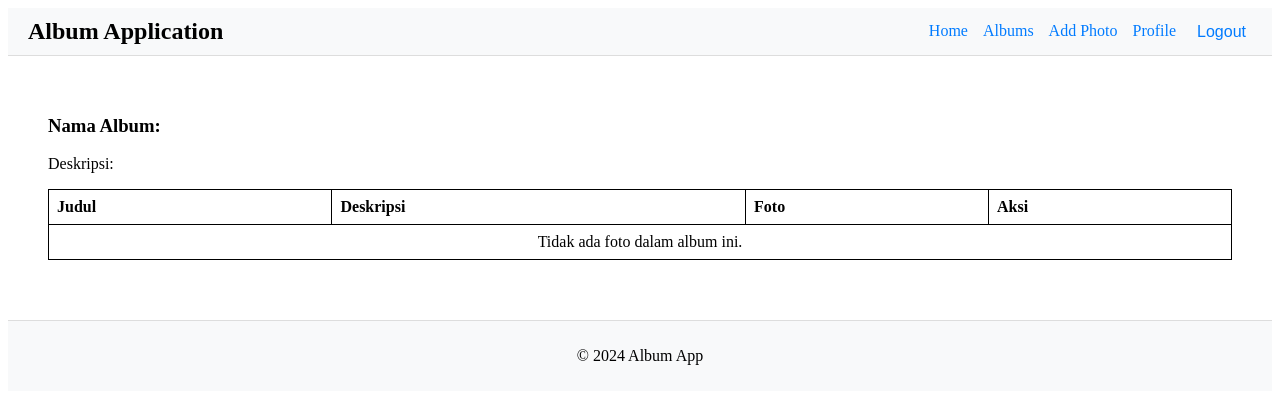
Repository: daffa-alif/snapgram
Page: http://localhost/photos
These files come from the project's save history. The page is drawn as it stood at one moment and after the next save; the edit follows.
The browser window is 1280 px wide. The pictures show the whole page.
The page is served by the project's Laravel application, run on PHP 8.4 with Laravel 12. A made-up administrator, Test User (test@example.com), is signed in. Queries for data that is not in the repository find no rows.

Above is the page before, as saved 2024-10-29 14:02:18.

After the next save:
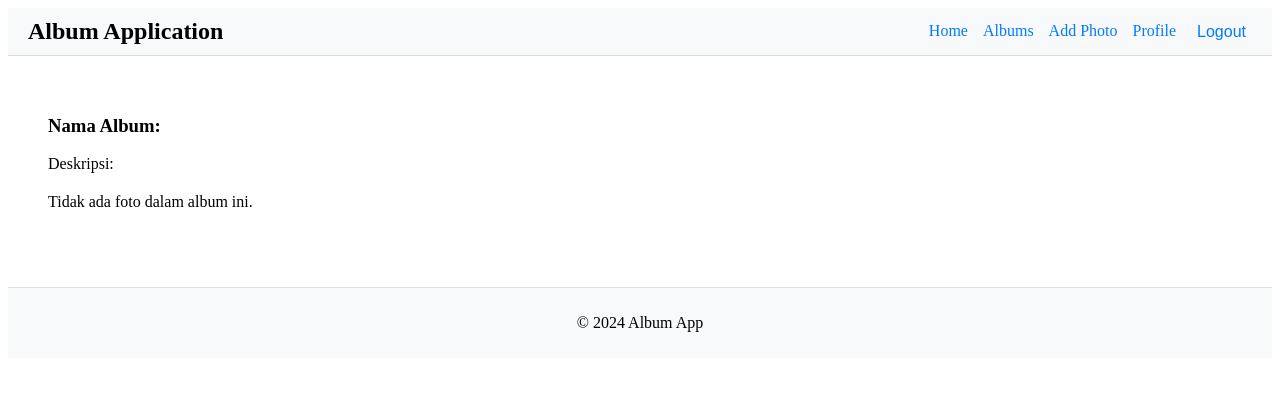
Saved 31 s later.
--- a/resources/views/photos/index.blade.php
+++ b/resources/views/photos/index.blade.php
@@ -5,44 +5,29 @@
     <h3>Nama Album: {{ $album->namaAlbum }}</h3>
     <p>Deskripsi: {{ $album->deskripsi }}</p>
 
-    <table style="width: 100%; border-collapse: collapse;">
-        <thead>
-            <tr>
-                <th style="border: 1px solid #000; padding: 8px; text-align: left;">Judul</th>
-                <th style="border: 1px solid #000; padding: 8px; text-align: left;">Deskripsi</th>
-                <th style="border: 1px solid #000; padding: 8px; text-align: left;">Foto</th>
-                <th style="border: 1px solid #000; padding: 8px; text-align: left;">Aksi</th>
-            </tr>
-        </thead>
-        <tbody>
-            @if($album->photos->isNotEmpty())
-                @foreach($album->photos as $photo)
-                    <tr>
-                        <td style="border: 1px solid #000; padding: 8px;">{{ $photo->judulFoto }}</td>
-                        <td style="border: 1px solid #000; padding: 8px;">{{ $photo->deskripsiFoto }}</td>
-                        <td style="border: 1px solid #000; padding: 8px;">
-                            <img src="{{ asset('storage/'.$photo->lokasiFile) }}"
-                                 alt="{{ $photo->judulFoto }}"
-                                 style="width: 100px; height: auto;">
-                        </td>
-                        <td style="border: 1px solid #000; padding: 8px;">
-                            <a href="{{ route('photos.edit', $photo->fotoID) }}">Edit</a>
-                            <form action="{{ route('photos.destroy', $photo->fotoID) }}" method="POST"
-                                  onsubmit="return confirm('Yakin ingin menghapus foto ini?');"
-                                  style="display: inline;">
-                                @csrf
-                                @method('DELETE')
-                                <button type="submit" style="background: none; border: none; color: red; cursor: pointer; padding: 0; text-decoration: underline;">Hapus</button>
-                            </form>
-                        </td>
-                    </tr>
-                @endforeach
-            @else
-                <tr>
-                    <td colspan="4" style="border: 1px solid #000; padding: 8px; text-align: center;">Tidak ada foto dalam album ini.</td>
-                </tr>
-            @endif
-        </tbody>
-    </table>
+    <div style="margin-top: 20px;">
+        @if($album->photos->isNotEmpty())
+            @foreach($album->photos as $photo)
+                <div style="border: 1px solid #ccc; padding: 10px; margin-bottom: 10px;">
+                    <h4>{{ $photo->judulFoto }}</h4>
+                    <p>{{ $photo->deskripsiFoto }}</p>
+                    <img src="{{ asset('storage/'.$photo->lokasiFile) }}"
+                         alt="{{ $photo->judulFoto }}"
+                         style="width: 100px; height: auto; display: block; margin-bottom: 10px;">
+                    <div>
+                        <a href="{{ route('photos.edit', $photo->fotoID) }}" style="margin-right: 10px;">Edit</a>
+                        <form action="{{ route('photos.destroy', $photo->fotoID) }}" method="POST"
+                              onsubmit="return confirm('Yakin ingin menghapus foto ini?');" style="display:inline;">
+                            @csrf
+                            @method('DELETE')
+                            <button type="submit" style="background: none; border: none; color: red; cursor: pointer;">Hapus</button>
+                        </form>
+                    </div>
+                </div>
+            @endforeach
+        @else
+            <p>Tidak ada foto dalam album ini.</p>
+        @endif
+    </div>
 </div>
 @endsection
